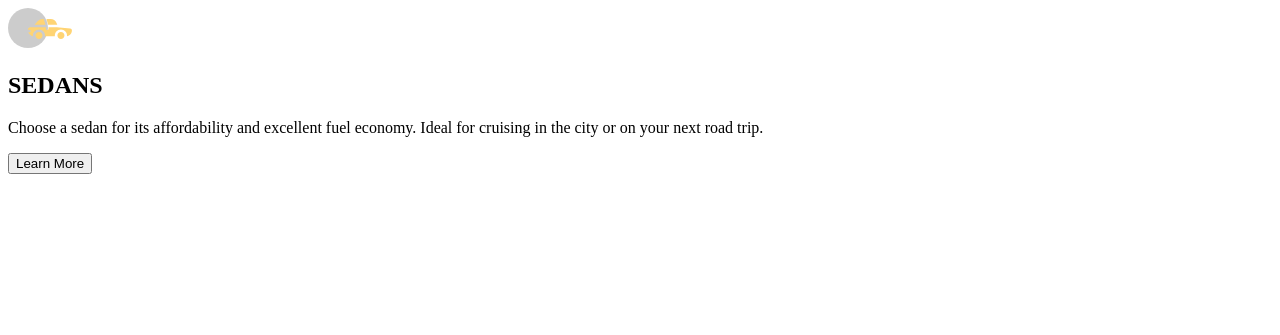
Repository: UnegbuAbigail/3-columns-cards
Page: index.html
The author's editor kept a copy of each file at every save. The page is drawn from the files as they stood at one save, then again after the next save.
The browser window is 1280 px wide. The pictures show the whole page.

Above is the page before, as saved 2024-08-03 12:17:58.

After the next save:
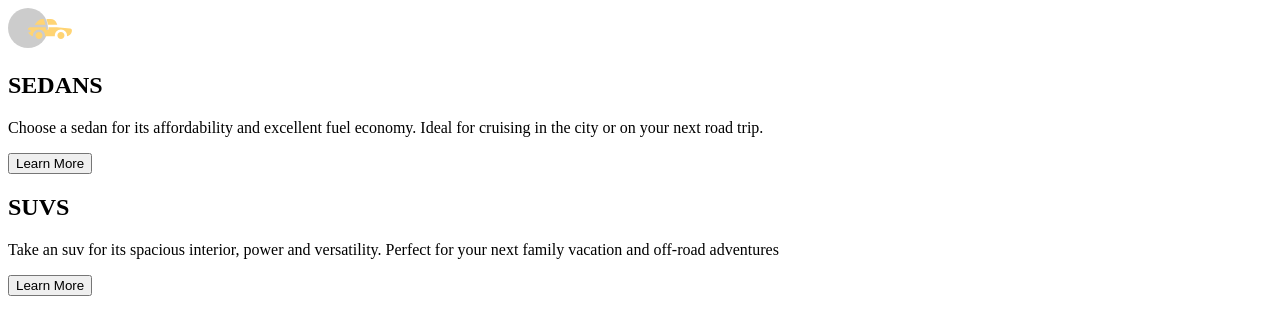
Saved 46 s later.
--- a/index.html
+++ b/index.html
@@ -18,7 +18,12 @@
 
              <!-- card-2 -->
              <div>
-
+                <h2>SUVS</h2>
+          <p>
+            Take an suv for its spacious interior, power and versatility.
+            Perfect for your next family vacation and off-road adventures
+          </p>
+          <button>Learn More</button>
              </div>
 
              <!-- card-3 -->
